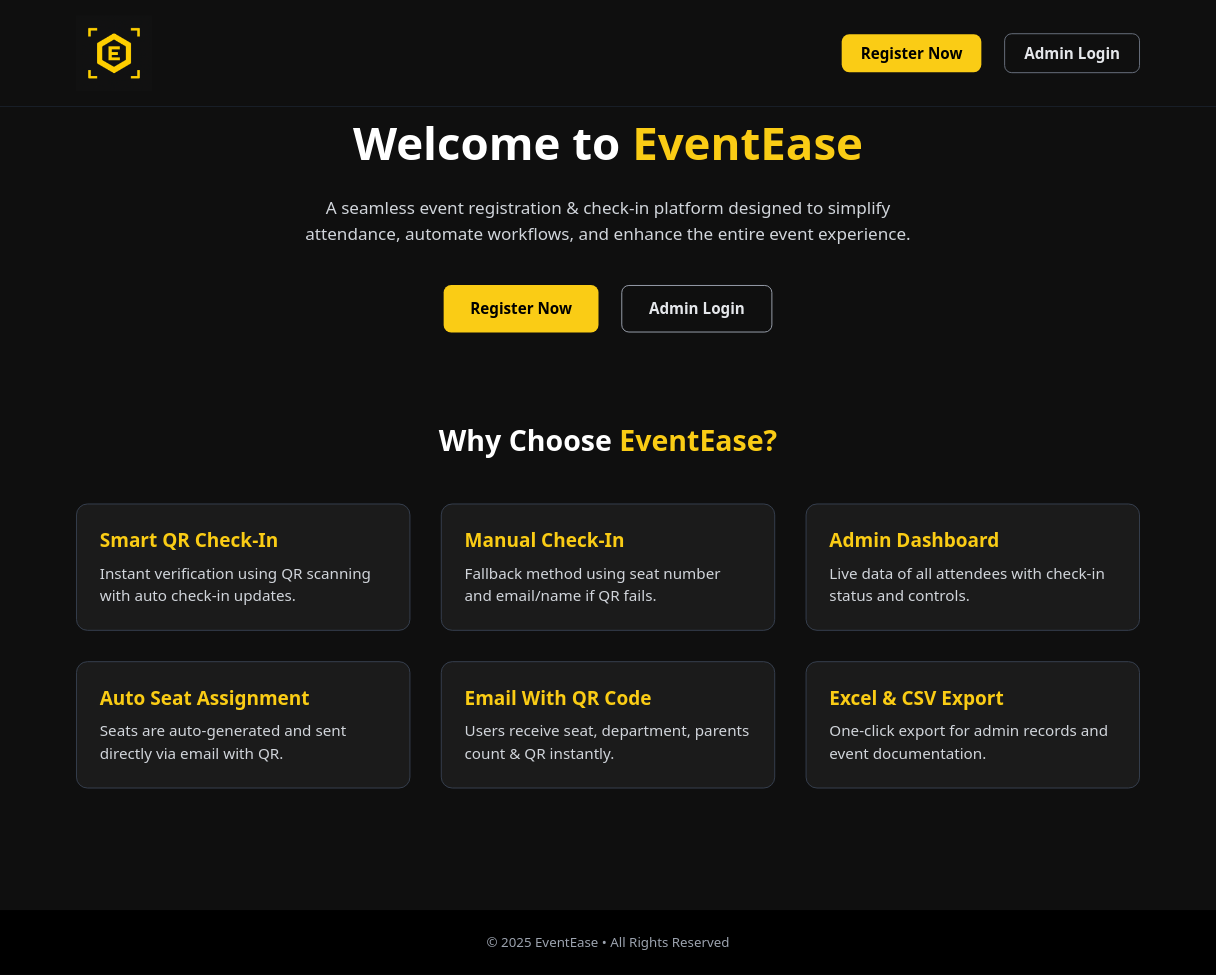
Repository: shravanramakunja/EventEase
Page: http://localhost/
These files come from the project's save history. The page is drawn as it stood at one moment and after the next save; the edit follows.
The browser window is 1280 px wide. The pictures show the whole page, at 95% of full size.
Some web libraries are served in a nearby version. The page is served by the project's Node server (server.js). Other server files are loaded and not shown.

Above is the page before, as saved 2025-11-29 17:19:30.

### views/index.ejs
<!DOCTYPE html>
<html lang="en">
<head>
  <meta charset="UTF-8" />
  <title>EventEase – Smart Event Check-In System</title>
  <script src="https://cdn.tailwindcss.com"></script>
</head>

<body class="bg-[#0f0f0f] text-white">

  <!-- NAVBAR -->
  <nav class="w-full bg-[#0f0f0f] border-b border-gray-800 fixed top-0 left-0 z-50">
    <div class="max-w-6xl mx-auto px-4 py-4 flex justify-between items-center">

      <!-- LOGO IMAGE -->
      <a href="/" class="flex items-center gap-3">
        <img src="/uploads/eventease-logo.png"
             alt="EventEase Logo"
             class="h-20 w-auto object-contain">
      </a>

      <!-- DESKTOP MENU -->
      <div class="hidden md:flex items-center gap-6">

        <a href="/register"
          class="bg-yellow-400 text-black px-5 py-2 rounded-lg font-semibold hover:bg-yellow-300 transition">
          Register Now
        </a>

        <a href="/admin"
          class="border border-gray-500 text-gray-200 px-5 py-2 rounded-lg font-semibold hover:bg-gray-800 transition">
          Admin Login
        </a>

      </div>

      <!-- MOBILE MENU BUTTON -->
      <button id="menuBtn" class="md:hidden text-yellow-400 text-3xl">
        ☰
      </button>

    </div>

    <!-- MOBILE MENU DROPDOWN -->
    <div id="mobileMenu" class="hidden bg-[#151515] border-t border-gray-700 md:hidden px-4 py-4 space-y-4">

      <a href="/register"
        class="block bg-yellow-400 text-black text-center px-5 py-2 rounded-lg font-semibold hover:bg-yellow-300 transition">
        Register Now
      </a>

      <a href="/admin"
        class="block border border-gray-500 text-gray-200 text-center px-5 py-2 rounded-lg font-semibold hover:bg-gray-800 transition">
        Admin Login
      </a>

    </div>
  </nav>

  <!-- SPACER (prevents hero from being hidden behind navbar) -->
  <div class="h-20"></div>

  <!-- HERO SECTION -->
  <section class="max-w-6xl mx-auto pt-10 pb-24 text-center px-4">
    <h1 class="text-5xl font-extrabold leading-tight">
      Welcome to <span class="text-yellow-400">EventEase</span>
    </h1>

    <p class="mt-6 text-lg text-gray-300 max-w-2xl mx-auto">
      A seamless event registration & check-in platform designed to simplify attendance,
      automate workflows, and enhance the entire event experience.
    </p>

    <div class="mt-10 flex justify-center gap-6">
      <a href="/register"
        class="bg-yellow-400 text-black font-semibold px-7 py-3 rounded-lg hover:bg-yellow-300 transition">
        Register Now
      </a>

      <a href="/admin"
        class="border border-gray-400 text-gray-200 font-semibold px-7 py-3 rounded-lg hover:bg-gray-800 transition">
        Admin Login
      </a>
    </div>
  </section>

  <!-- FEATURES SECTION -->
  <section class="max-w-6xl mx-auto pb-20 px-4">
    <h2 class="text-3xl font-bold text-center mb-12">
      Why Choose <span class="text-yellow-400">EventEase?</span>
    </h2>

    <div class="grid md:grid-cols-3 gap-8">

      <!-- Feature Card -->
      <div class="bg-[#1b1b1b] border border-gray-700 rounded-xl p-6 hover:scale-105 transition">
        <h3 class="text-xl font-semibold mb-2 text-yellow-400">Smart QR Check-In</h3>
        <p class="text-gray-300">Instant verification using QR scanning with auto check-in updates.</p>
      </div>

      <div class="bg-[#1b1b1b] border border-gray-700 rounded-xl p-6 hover:scale-105 transition">
        <h3 class="text-xl font-semibold mb-2 text-yellow-400">Manual Check-In</h3>
        <p class="text-gray-300">Fallback method using seat number and email/name if QR fails.</p>
      </div>

      <div class="bg-[#1b1b1b] border border-gray-700 rounded-xl p-6 hover:scale-105 transition">
        <h3 class="text-xl font-semibold mb-2 text-yellow-400">Admin Dashboard</h3>
        <p class="text-gray-300">Live data of all attendees with check-in status and controls.</p>
      </div>

      <div class="bg-[#1b1b1b] border border-gray-700 rounded-xl p-6 hover:scale-105 transition">
        <h3 class="text-xl font-semibold mb-2 text-yellow-400">Auto Seat Assignment</h3>
        <p class="text-gray-300">Seats are auto-generated and sent directly via email with QR.</p>
      </div>

      <div class="bg-[#1b1b1b] border border-gray-700 rounded-xl p-6 hover:scale-105 transition">
        <h3 class="text-xl font-semibold mb-2 text-yellow-400">Email With QR Code</h3>
        <p class="text-gray-300">Users receive seat, department, parents count & QR instantly.</p>
      </div>

      <div class="bg-[#1b1b1b] border border-gray-700 rounded-xl p-6 hover:scale-105 transition">
        <h3 class="text-xl font-semibold mb-2 text-yellow-400">Excel & CSV Export</h3>
        <p class="text-gray-300">One-click export for admin records and event documentation.</p>
      </div>

    </div>
  </section>

  <!-- FOOTER -->
  <footer class="bg-black py-6 mt-12">
    <p class="text-center text-gray-400 text-sm">
      © <%= new Date().getFullYear() %> EventEase • All Rights Reserved
    </p>
  </footer>

  <!-- MOBILE MENU JS -->
  <script>
    const btn = document.getElementById("menuBtn");
    const menu = document.getElementById("mobileMenu");

    btn.addEventListener("click", () => {
      menu.classList.toggle("hidden");
    });
  </script>

</body>
</html>

### server.js
// server.js

require("dotenv").config();
const express = require("express");
const path = require("path");
const session = require("express-session");
const bodyParser = require("body-parser");

const userRoutes = require("./routes/userRoutes");
const adminRoutes = require("./routes/adminRoutes");
const checkinRoutes = require("./routes/checkinRoutes");
const connectDB = require("./config/db");

const app = express();

// =====================
//  CONNECT DATABASE
// =====================
connectDB();

// =====================
//  MIDDLEWARE
// =====================
app.use(bodyParser.urlencoded({ extended: true }));
app.use(bodyParser.json());
app.use(express.json());
app.use(express.static(path.join(__dirname, "public")));

app.use(
  session({
    secret: process.env.SESSION_SECRET || "somesecretkey",
    resave: false,
    saveUninitialized: false,
    cookie: { maxAge: 24 * 60 * 60 * 1000 }
  })
);

// =====================
//  VIEW ENGINE
// =====================
app.set("view engine", "ejs");
app.set("views", path.join(__dirname, "views"));

// =====================
//  ROUTES
// =====================
app.use("/", userRoutes);
app.use("/admin", adminRoutes);
app.use("/checkin", checkinRoutes);
app.use("/checkin", require("./routes/checkinRoutes"));

// =====================
//  START SERVER
// =====================
const PORT = process.env.PORT || 5000;
app.listen(PORT, () => {
  console.log(`🚀 Server running on http://localhost:${PORT}`);
});

### routes/userRoutes.js
const express = require("express");
const router = express.Router();
const userController = require("../controllers/userController");

// Landing Page (Home)
router.get("/", (req, res) => {
  res.render("index");
});

// Show Registration Form
router.get("/register", (req, res) => {
  res.render("register");  // This is the new register.ejs
});

// Handle Registration Submit
router.post("/register", userController.registerUser);

// Success Page
router.get("/success", (req, res) => {
  res.render("success");
});

module.exports = router;

After the next save:
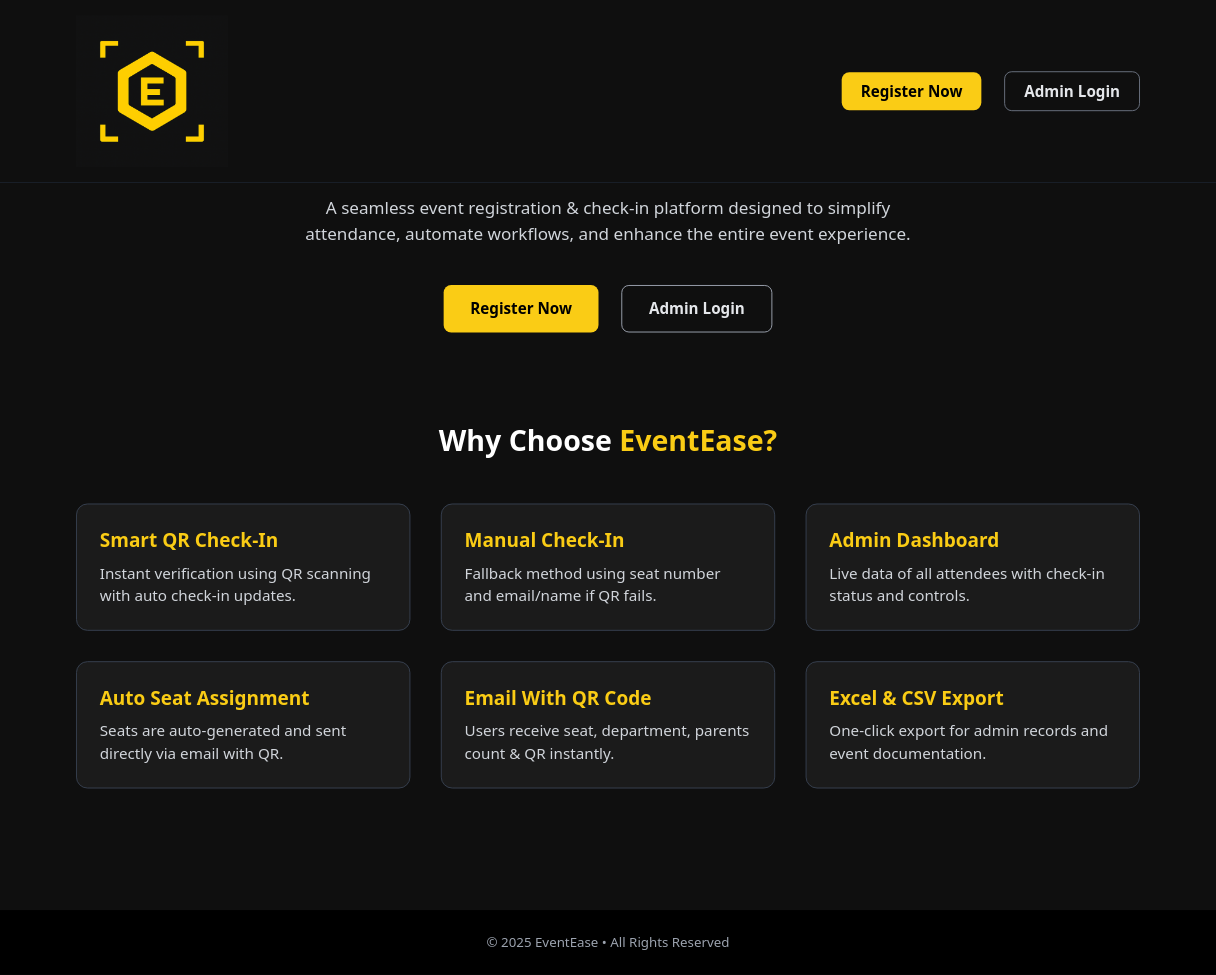
Saved 6 s later.
--- a/views/index.ejs
+++ b/views/index.ejs
@@ -16,7 +16,7 @@
       <a href="/" class="flex items-center gap-3">
         <img src="/uploads/eventease-logo.png"
              alt="EventEase Logo"
-             class="h-20 w-auto object-contain">
+             class="h-40 w-auto object-contain">
       </a>
 
       <!-- DESKTOP MENU -->
